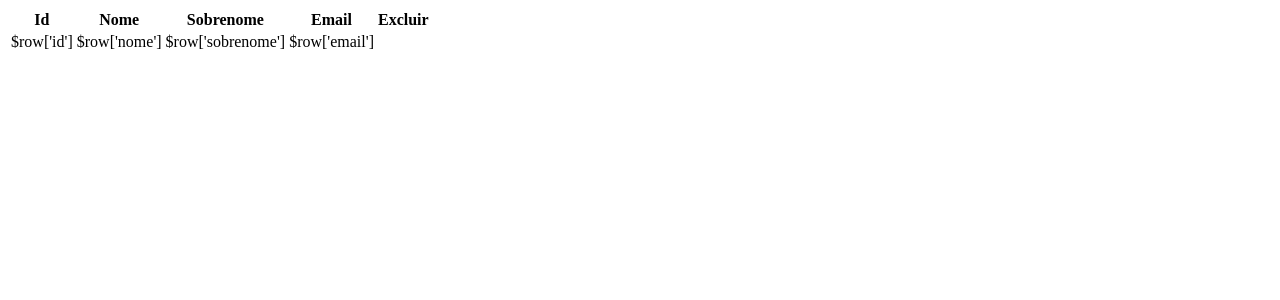
Repository: diegoeiti/Logica-Programacao
Page: Modulo 3 - PHP/Aula 20 CRUDalunos/table.html
The author's editor kept a copy of each file at every save. The page is drawn from the files as they stood at one save, then again after a run of saves.
The browser window is 1280 px wide. The pictures show the whole page.

Above is the page before, as saved 2025-10-31 10:29:10.

### Modulo 3 - PHP/Aula 20 CRUDalunos/table.html
<table>
    <thead>
        <tr>
            <th>Id</th>
            <th>Nome</th>
            <th>Sobrenome</th>
            <th>Email</th>
            <th>Excluir</th>
        </tr>
    </thead>

    <tbody>
        <tr>
            <td>$row['id']</td>
            <td>$row['nome']</td>
            <td>$row['sobrenome']</td>
            <td>$row['email']</td>
            <td>
                <form action="excluirCadastro.php" method="post">

                </form>
            </td>
        </tr>
    </tbody>
</table>

After the next 4 saves:
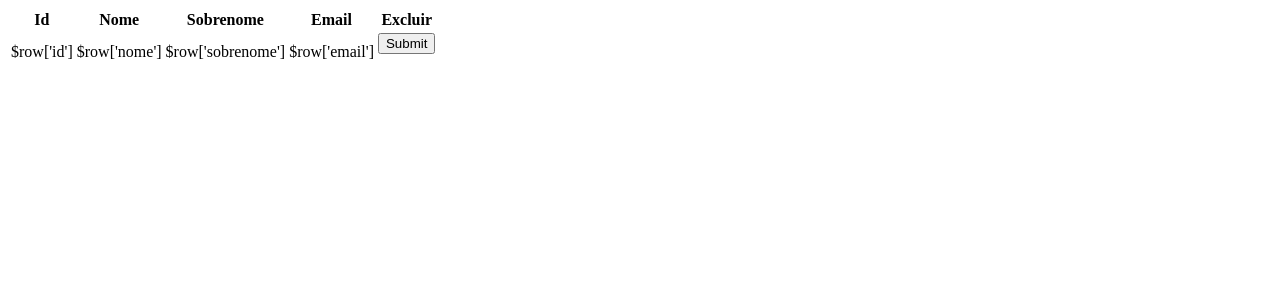
The 4 saves are shown as one change because they came seconds apart.
The last was saved 23 s later.
--- a/Modulo 3 - PHP/Aula 20 CRUDalunos/table.html
+++ b/Modulo 3 - PHP/Aula 20 CRUDalunos/table.html
@@ -17,7 +17,7 @@
             <td>$row['email']</td>
             <td>
                 <form action="excluirCadastro.php" method="post">
-
+                    <input type="submit" id="">
                 </form>
             </td>
         </tr>
